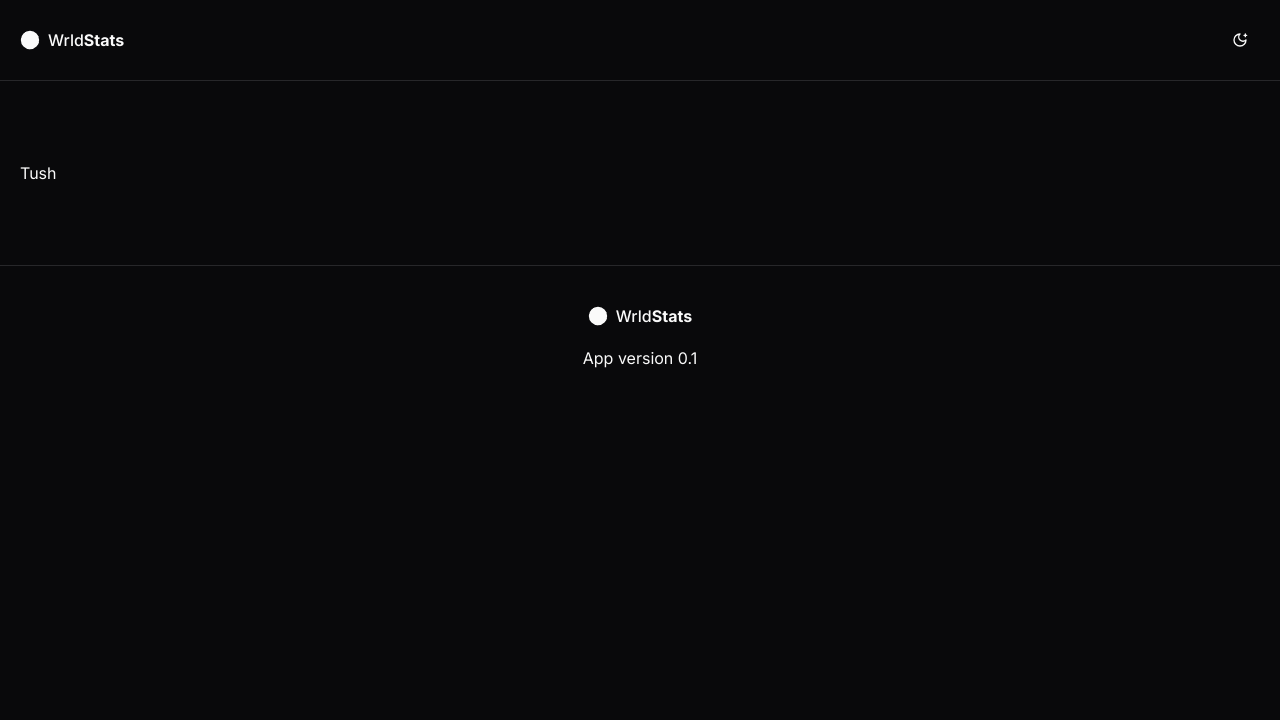
Repository: tushcmd/wrld-stats
Page: /
The author's editor kept a copy of each file at every save. The page is drawn from the files as they stood at one save, then again after a run of saves.
The browser window is 1280 px wide. The pictures show the whole page.
The project was rebuilt for these pictures with package versions that can differ from the ones it lists, and the page was loaded fresh each time. The framework's server and built-in components were replaced by stand-ins that run in the browser. Also part of the build but not shown: next.config.mjs.

Above is the page before, as saved 2024-04-21 12:15:28.

### app/layout.tsx
import './globals.css';
import { Inter } from 'next/font/google';

import { Metadata, Viewport } from 'next';
import siteMetadata from '../data/siteMetadata';

import Navbar from '@/components/shared/Navbar';
import Footer from '@/components/shared/Footer';
import AppProviders from '@/components/providers/AppProviders';

const inter = Inter({ subsets: ['latin'] });

export const viewport: Viewport = {
  width: 'device-width',
  initialScale: 1,
  maximumScale: 1,
};

export const metadata: Metadata = {
  metadataBase: new URL(siteMetadata.siteUrl),
  title: {
    default: siteMetadata.title,
    template: `%s | ${siteMetadata.title}`,
  },
  description: siteMetadata.description,
  openGraph: {
    title: siteMetadata.title,
    description: siteMetadata.description,
    url: './',
    siteName: siteMetadata.title,
    locale: 'en',
    type: 'website',
  },
  alternates: {
    canonical: './',
  },
  robots: {
    index: true,
    follow: true,
    googleBot: {
      index: true,
      follow: true,
      'max-video-preview': -1,
      'max-image-preview': 'large',
      'max-snippet': -1,
    },
  },
  twitter: {
    title: siteMetadata.title,
    card: 'summary_large_image',
  },
};

export default function RootLayout({ children }: { children: React.ReactNode }) {
  return (
    <html lang="en" suppressHydrationWarning>
      <body className={inter.className}>
        <AppProviders>
          <Navbar />
          {children}
          <Footer />
        </AppProviders>
      </body>
    </html>
  );
}

### app/page.tsx
export default function Home() {
  return (
    <main className="page-container">
        Tush
    </main>
  );
}

### app/globals.css
@tailwind base;
@tailwind components;
@tailwind utilities;

@layer base {
  :root {
    --background: 0 0% 100%;
    --foreground: 240 10% 3.9%;

    --card: 0 0% 100%;
    --card-foreground: 240 10% 3.9%;

    --popover: 0 0% 100%;
    --popover-foreground: 240 10% 3.9%;

    --primary: 240 5.9% 10%;
    --primary-foreground: 0 0% 98%;

    --secondary: 240 4.8% 95.9%;
    --secondary-foreground: 240 5.9% 10%;

    --muted: 240 4.8% 95.9%;
    --muted-foreground: 240 3.8% 46.1%;

    --accent: 240 4.8% 95.9%;
    --accent-foreground: 240 5.9% 10%;

    --destructive: 0 84.2% 60.2%;
    --destructive-foreground: 0 0% 98%;

    --border: 240 5.9% 90%;
    --input: 240 5.9% 90%;
    --ring: 240 10% 3.9%;

    --radius: 0.5rem;
  }

  .dark {
    --background: 240 10% 3.9%;
    --foreground: 0 0% 98%;

    --card: 240 10% 3.9%;
    --card-foreground: 0 0% 98%;

    --popover: 240 10% 3.9%;
    --popover-foreground: 0 0% 98%;

    --primary: 0 0% 98%;
    --primary-foreground: 240 5.9% 10%;

    --secondary: 240 3.7% 15.9%;
    --secondary-foreground: 0 0% 98%;

    --muted: 240 3.7% 15.9%;
    --muted-foreground: 240 5% 64.9%;

    --accent: 240 3.7% 15.9%;
    --accent-foreground: 0 0% 98%;

    --destructive: 0 62.8% 30.6%;
    --destructive-foreground: 0 0% 98%;

    --border: 240 3.7% 15.9%;
    --input: 240 3.7% 15.9%;
    --ring: 240 4.9% 83.9%;
  }
}
@layer base {
  * {
    @apply border-border;
  }
  body {
    @apply bg-background text-foreground;
  }
}

@layer components {

  /* FONT SIZES */
  .h1 {
		@apply text-5xl lg:text-6xl font-bold;
	}
	.h2 {
		@apply sm:text-3xl text-4xl font-bold;
	}
	.h3 {
		@apply text-2xl font-medium;
	}
	.h4 {
		@apply text-xl sm:text-lg font-normal;
	}

  /* LAYOUTS  */
	.layout-container {
		@apply container mx-auto px-5;
	}

	.page-container {
		@apply layout-container py-20 flex flex-col gap-16;
	}
}

### data/siteMetadata.ts
const siteMetada = {
        title: "Wrld Stats",
        author: "Tush",
        headerTitle: "Wrld Stats",
        description: "Visualiser for world stats in different countries",
        language: "en",
        theme: "system", // system, dark or light
        siteUrl: "https://tushdev.co/",
        siteLogo: "public/vercel.png",
        locale: "en",
}

export default siteMetada

### components/shared/Navbar.tsx
import React, { FC } from 'react';
import ThemeSwitcherButton from '../ui/ThemeSwitcher';
import Logo from './Logo';

const Navbar: FC = () => {
  return (
    <nav className="border-b py-5">
      <div className="layout-container flex justify-between items-center ">
        <Logo />
        <ThemeSwitcherButton />
      </div>
    </nav>
  );
};

export default Navbar;

### components/shared/Footer.tsx
import React, { FC } from 'react'
import Logo from './Logo'
import { APP_VERSION } from '@/lib/config'

const Footer: FC = () => {
  return (
    <footer className='border-t'>
        <div className='layout-container flex flex-col gap-5 items-center  justify-center py-10'>
            <Logo />
            <p>App version {APP_VERSION}</p>
        </div>

    </footer>
  )
}

export default Footer

### components/providers/AppProviders.tsx
'use client';

import { ThemeProvider } from 'next-themes';
import { FC, ReactNode } from 'react';

interface AppProvidersProps {
  children: ReactNode;
}


const AppProviders: FC<AppProvidersProps> = ({ children }) => {
  return (
    <>
      <ThemeProvider attribute="class" disableTransitionOnChange defaultTheme="dark" enableSystem>
        {children}

      </ThemeProvider>
    </>
  );
};

export default AppProviders;

### components/ui/ThemeSwitcher.tsx
"use client";

import { useTheme } from "next-themes";
import React, { FC, useEffect, useState } from "react";
import { SunIcon,  Laptop, MoonStarIcon } from "lucide-react";
import {
	DropdownMenu,
	DropdownMenuContent,
	DropdownMenuItem,
	DropdownMenuTrigger,
} from "./dropdown-menu";
import { Button } from "./button";

const themes = [
	{
		value: "light",
		label: "Light",
		icon: SunIcon,
	},
	{
		value: "dark",
		label: "Dark",
		icon: MoonStarIcon,
	},
	{
		value: "system",
		label: "System",
		icon: Laptop,
	},
];

const ThemeSwitcher: FC = () => {
  const [mounted, setMounted] = useState(false)
	const { theme, setTheme } = useTheme();
	const currentTheme = themes.find((t) => t.value === theme);
	const ThemeIcon = currentTheme?.icon

  useEffect(() => {
    setMounted(true)
  }, [])

	return mounted && (
		<div className="flex">
			<DropdownMenu  >
				<DropdownMenuTrigger asChild>
					<Button variant="ghost" size={"icon"}>{!!ThemeIcon && <ThemeIcon className="w-4 h-4"/>}</Button>
				</DropdownMenuTrigger>
				<DropdownMenuContent>
					{themes.map(({value, label}) => <DropdownMenuItem role="button" onClick={() => setTheme(value)} key={value}>{label}</DropdownMenuItem>)}
				</DropdownMenuContent>
			</DropdownMenu>
		</div>
	);
};

export default ThemeSwitcher;

### components/shared/Logo.tsx

import { URLS } from "@/lib/urls";
import { Earth } from "lucide-react";
import Link from "next/link";
import React, { FC } from "react";

const Logo: FC = () => {
	return (
		<Link href={URLS.HOMEPAGE} className="flex items-center gap-2 component-focus rounded-md">
			<Earth  className="w-5 h-5 fill-current" />
			<h1 className="inline-flex flex-col gap-0 leading-none font-medium">
				<p>Wrld<span className="font-bold">Stats</span></p>
			</h1>
		</Link>
	);
};

export default Logo;

### lib/config.ts
export const APP_VERSION = 0.1

### components/ui/dropdown-menu.tsx
"use client"

import * as React from "react"
import * as DropdownMenuPrimitive from "@radix-ui/react-dropdown-menu"
import { Check, ChevronRight, Circle } from "lucide-react"

import { cn } from "@/lib/utils"

const DropdownMenu = DropdownMenuPrimitive.Root

const DropdownMenuTrigger = DropdownMenuPrimitive.Trigger

const DropdownMenuGroup = DropdownMenuPrimitive.Group

const DropdownMenuPortal = DropdownMenuPrimitive.Portal

const DropdownMenuSub = DropdownMenuPrimitive.Sub

const DropdownMenuRadioGroup = DropdownMenuPrimitive.RadioGroup

const DropdownMenuSubTrigger = React.forwardRef<
  React.ElementRef<typeof DropdownMenuPrimitive.SubTrigger>,
  React.ComponentPropsWithoutRef<typeof DropdownMenuPrimitive.SubTrigger> & {
    inset?: boolean
  }
>(({ className, inset, children, ...props }, ref) => (
  <DropdownMenuPrimitive.SubTrigger
    ref={ref}
    className={cn(
      "flex cursor-default select-none items-center rounded-sm px-2 py-1.5 text-sm outline-none focus:bg-accent data-[state=open]:bg-accent",
      inset && "pl-8",
      className
    )}
    {...props}
  >
    {children}
    <ChevronRight className="ml-auto h-4 w-4" />
  </DropdownMenuPrimitive.SubTrigger>
))
DropdownMenuSubTrigger.displayName =
  DropdownMenuPrimitive.SubTrigger.displayName

const DropdownMenuSubContent = React.forwardRef<
  React.ElementRef<typeof DropdownMenuPrimitive.SubContent>,
  React.ComponentPropsWithoutRef<typeof DropdownMenuPrimitive.SubContent>
>(({ className, ...props }, ref) => (
  <DropdownMenuPrimitive.SubContent
    ref={ref}
    className={cn(
      "z-50 min-w-[8rem] overflow-hidden rounded-md border bg-popover p-1 text-popover-foreground shadow-lg data-[state=open]:animate-in data-[state=closed]:animate-out data-[state=closed]:fade-out-0 data-[state=open]:fade-in-0 data-[state=closed]:zoom-out-95 data-[state=open]:zoom-in-95 data-[side=bottom]:slide-in-from-top-2 data-[side=left]:slide-in-from-right-2 data-[side=right]:slide-in-from-left-2 data-[side=top]:slide-in-from-bottom-2",
      className
    )}
    {...props}
  />
))
DropdownMenuSubContent.displayName =
  DropdownMenuPrimitive.SubContent.displayName

const DropdownMenuContent = React.forwardRef<
  React.ElementRef<typeof DropdownMenuPrimitive.Content>,
  React.ComponentPropsWithoutRef<typeof DropdownMenuPrimitive.Content>
>(({ className, sideOffset = 4, ...props }, ref) => (
  <DropdownMenuPrimitive.Portal>
    <DropdownMenuPrimitive.Content
      ref={ref}
      sideOffset={sideOffset}
      className={cn(
        "z-50 min-w-[8rem] overflow-hidden rounded-md border bg-popover p-1 text-popover-foreground shadow-md data-[state=open]:animate-in data-[state=closed]:animate-out data-[state=closed]:fade-out-0 data-[state=open]:fade-in-0 data-[state=closed]:zoom-out-95 data-[state=open]:zoom-in-95 data-[side=bottom]:slide-in-from-top-2 data-[side=left]:slide-in-from-right-2 data-[side=right]:slide-in-from-left-2 data-[side=top]:slide-in-from-bottom-2",
        className
      )}
      {...props}
    />
  </DropdownMenuPrimitive.Portal>
))
DropdownMenuContent.displayName = DropdownMenuPrimitive.Content.displayName

const DropdownMenuItem = React.forwardRef<
  React.ElementRef<typeof DropdownMenuPrimitive.Item>,
  React.ComponentPropsWithoutRef<typeof DropdownMenuPrimitive.Item> & {
    inset?: boolean
  }
>(({ className, inset, ...props }, ref) => (
  <DropdownMenuPrimitive.Item
    ref={ref}
    className={cn(
      "relative flex cursor-default select-none items-center rounded-sm px-2 py-1.5 text-sm outline-none transition-colors focus:bg-accent focus:text-accent-foreground data-[disabled]:pointer-events-none data-[disabled]:opacity-50",
      inset && "pl-8",
      className
    )}
    {...props}
  />
))
DropdownMenuItem.displayName = DropdownMenuPrimitive.Item.displayName

const DropdownMenuCheckboxItem = React.forwardRef<
  React.ElementRef<typeof DropdownMenuPrimitive.CheckboxItem>,
  React.ComponentPropsWithoutRef<typeof DropdownMenuPrimitive.CheckboxItem>
>(({ className, children, checked, ...props }, ref) => (
  <DropdownMenuPrimitive.CheckboxItem
    ref={ref}
    className={cn(
      "relative flex cursor-default select-none items-center rounded-sm py-1.5 pl-8 pr-2 text-sm outline-none transition-colors focus:bg-accent focus:text-accent-foreground data-[disabled]:pointer-events-none data-[disabled]:opacity-50",
      className
    )}
    checked={checked}
    {...props}
  >
    <span className="absolute left-2 flex h-3.5 w-3.5 items-center justify-center">
      <DropdownMenuPrimitive.ItemIndicator>
        <Check className="h-4 w-4" />
      </DropdownMenuPrimitive.ItemIndicator>
    </span>
    {children}
  </DropdownMenuPrimitive.CheckboxItem>
))
DropdownMenuCheckboxItem.displayName =
  DropdownMenuPrimitive.CheckboxItem.displayName

const DropdownMenuRadioItem = React.forwardRef<
  React.ElementRef<typeof DropdownMenuPrimitive.RadioItem>,
  React.ComponentPropsWithoutRef<typeof DropdownMenuPrimitive.RadioItem>
>(({ className, children, ...props }, ref) => (
  <DropdownMenuPrimitive.RadioItem
    ref={ref}
    className={cn(
      "relative flex cursor-default select-none items-center rounded-sm py-1.5 pl-8 pr-2 text-sm outline-none transition-colors focus:bg-accent focus:text-accent-foreground data-[disabled]:pointer-events-none data-[disabled]:opacity-50",
      className
    )}
    {...props}
  >
    <span className="absolute left-2 flex h-3.5 w-3.5 items-center justify-center">
      <DropdownMenuPrimitive.ItemIndicator>
        <Circle className="h-2 w-2 fill-current" />
      </DropdownMenuPrimitive.ItemIndicator>
    </span>
    {children}
  </DropdownMenuPrimitive.RadioItem>
))
DropdownMenuRadioItem.displayName = DropdownMenuPrimitive.RadioItem.displayName

const DropdownMenuLabel = React.forwardRef<
  React.ElementRef<typeof DropdownMenuPrimitive.Label>,
  React.ComponentPropsWithoutRef<typeof DropdownMenuPrimitive.Label> & {
    inset?: boolean
  }
>(({ className, inset, ...props }, ref) => (
  <DropdownMenuPrimitive.Label
    ref={ref}
    className={cn(
      "px-2 py-1.5 text-sm font-semibold",
      inset && "pl-8",
      className
    )}
    {...props}
  />
))
DropdownMenuLabel.displayName = DropdownMenuPrimitive.Label.displayName

const DropdownMenuSeparator = React.forwardRef<
  React.ElementRef<typeof DropdownMenuPrimitive.Separator>,
  React.ComponentPropsWithoutRef<typeof DropdownMenuPrimitive.Separator>
>(({ className, ...props }, ref) => (
  <DropdownMenuPrimitive.Separator
    ref={ref}
    className={cn("-mx-1 my-1 h-px bg-muted", className)}
    {...props}
  />
))
DropdownMenuSeparator.displayName = DropdownMenuPrimitive.Separator.displayName

const DropdownMenuShortcut = ({
  className,
  ...props
}: React.HTMLAttributes<HTMLSpanElement>) => {
  return (
    <span
      className={cn("ml-auto text-xs tracking-widest opacity-60", className)}
      {...props}
    />
  )
}
DropdownMenuShortcut.displayName = "DropdownMenuShortcut"

export {
  DropdownMenu,
  DropdownMenuTrigger,
  DropdownMenuContent,
  DropdownMenuItem,
  DropdownMenuCheckboxItem,
  DropdownMenuRadioItem,
  DropdownMenuLabel,
  DropdownMenuSeparator,
  DropdownMenuShortcut,
  DropdownMenuGroup,
  DropdownMenuPortal,
  DropdownMenuSub,
  DropdownMenuSubContent,
  DropdownMenuSubTrigger,
  DropdownMenuRadioGroup,
}

### components/ui/button.tsx
import * as React from "react"
import { Slot } from "@radix-ui/react-slot"
import { cva, type VariantProps } from "class-variance-authority"

import { cn } from "@/lib/utils"

const buttonVariants = cva(
  "inline-flex items-center justify-center whitespace-nowrap rounded-md text-sm font-medium ring-offset-background transition-colors focus-visible:outline-none focus-visible:ring-2 focus-visible:ring-ring focus-visible:ring-offset-2 disabled:pointer-events-none disabled:opacity-50",
  {
    variants: {
      variant: {
        default: "bg-primary text-primary-foreground hover:bg-primary/90",
        destructive:
          "bg-destructive text-destructive-foreground hover:bg-destructive/90",
        outline:
          "border border-input bg-background hover:bg-accent hover:text-accent-foreground",
        secondary:
          "bg-secondary text-secondary-foreground hover:bg-secondary/80",
        ghost: "hover:bg-accent hover:text-accent-foreground",
        link: "text-primary underline-offset-4 hover:underline",
      },
      size: {
        default: "h-10 px-4 py-2",
        sm: "h-9 rounded-md px-3",
        lg: "h-11 rounded-md px-8",
        icon: "h-10 w-10",
      },
    },
    defaultVariants: {
      variant: "default",
      size: "default",
    },
  }
)

export interface ButtonProps
  extends React.ButtonHTMLAttributes<HTMLButtonElement>,
    VariantProps<typeof buttonVariants> {
  asChild?: boolean
}

const Button = React.forwardRef<HTMLButtonElement, ButtonProps>(
  ({ className, variant, size, asChild = false, ...props }, ref) => {
    const Comp = asChild ? Slot : "button"
    return (
      <Comp
        className={cn(buttonVariants({ variant, size, className }))}
        ref={ref}
        {...props}
      />
    )
  }
)
Button.displayName = "Button"

export { Button, buttonVariants }

### lib/urls.ts
export enum URLS {
    HOMEPAGE = "/"
}

### components/Banner.tsx
import siteMetada from '@/data/siteMetadata'
import { User2Icon } from 'lucide-react'
import React, { FC } from 'react'
import { Button } from './ui/button'

const Banner: FC = () => {
  return (
    <section className="flex flex-col items-center justify-center gap-5">
    <a
      href="https://tushdev.co"
      target="_blank"
      className="flex items-center border rounded-full px-10 py-2 gap-x-2 "
    >
      <User2Icon className="w-5 h-5 fill-primary" />
      <p>
        Created by <span className="font-bold ">{siteMetada.author}</span>
      </p>
    </a>
    <div className="text-center items-center flex flex-col gap-5">
      <h1 className="text-6xl lg:text-8xl tracking-tighter font-bold bg-gradient-to-br from-foreground via-secondary-foreground/90 to-muted-foreground bg-clip-text text-transparent drop-shadow-sm ">
        The Only Starter
        <br />
        You Will
        <br /> Ever Need
      </h1>
      <p className="h4 text-muted-foreground">
        NextDevKit: The Ultimate NextJS Starter App for Efficient Development
      </p>
      <Button size={'lg'} asChild className="w-fit">
        <a href="https://github.com/dvenomb98/next-app-starter">View on Github</a>
      </Button>
    </div>
  </section>
  )
}

export default Banner

Loaded but not shown: lib/utils.ts (common file); tailwind.config.ts (common file)

After the next 2 saves:
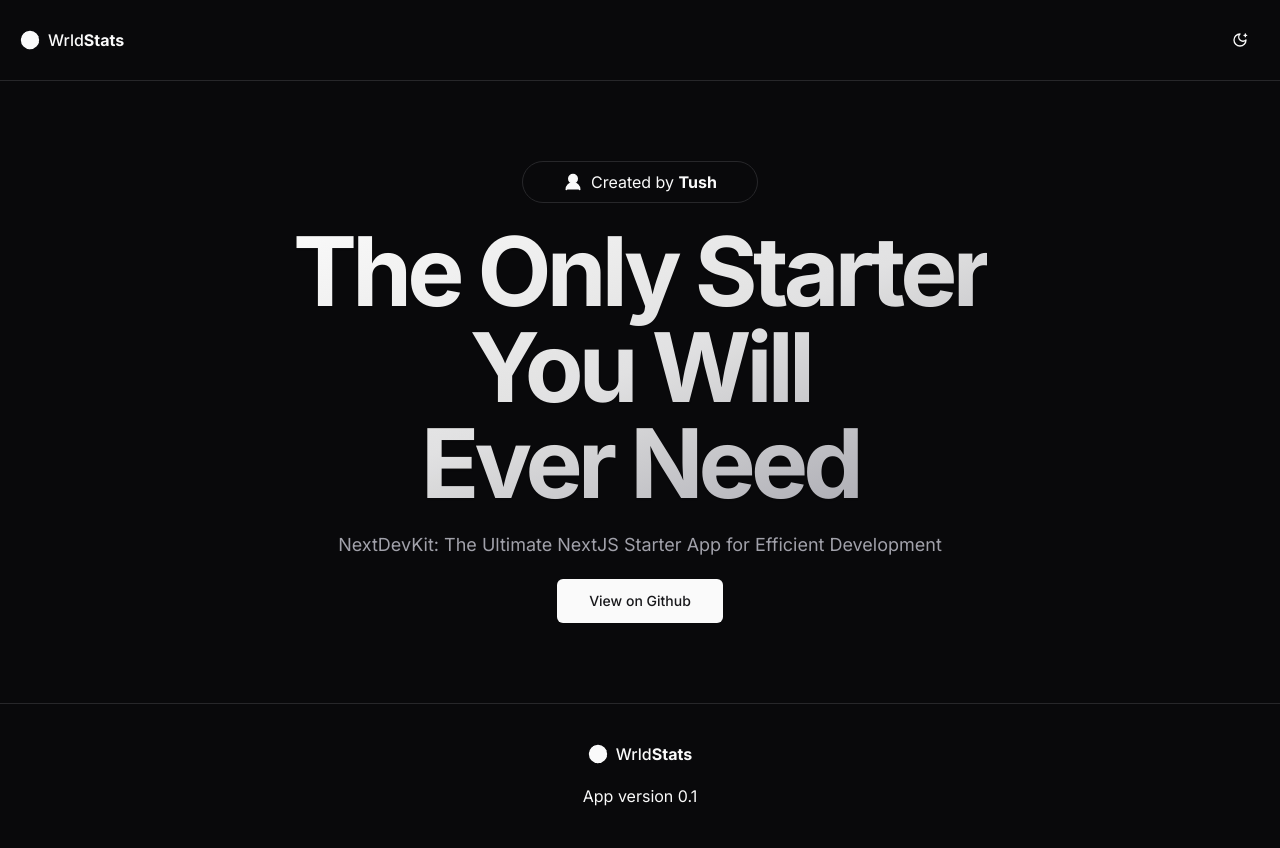
The 2 saves are shown as one change because 1 did not build or start.
The last was saved 46 min 32 s later.
--- a/app/page.tsx
+++ b/app/page.tsx
@@ -1,7 +1,9 @@
+import Banner from "@/components/Banner";
+
 export default function Home() {
   return (
     <main className="page-container">
-        Tush
+      <Banner />
     </main>
   );
 }
